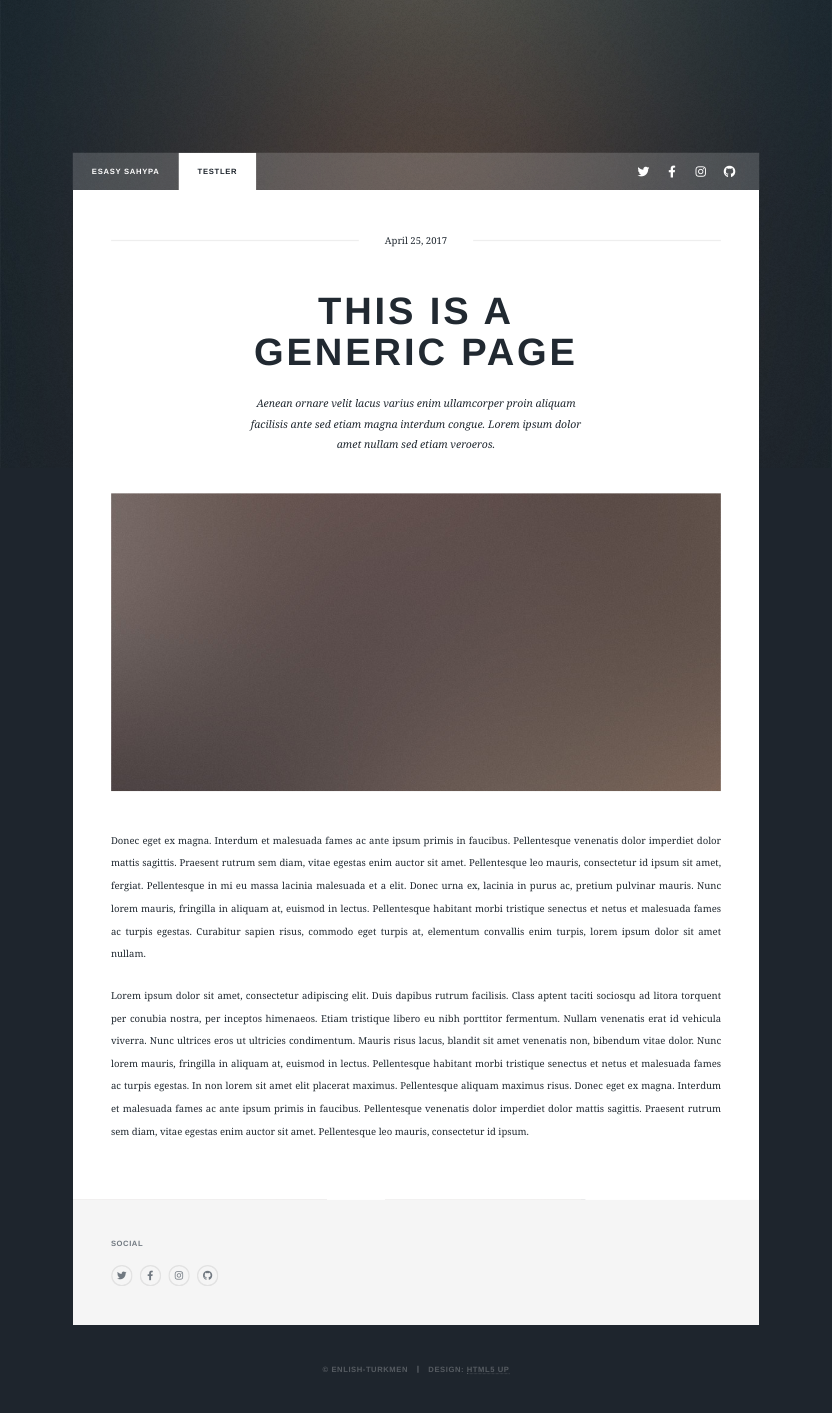
Repository: Sahet-dev/English-grammar-app
Page: generic.html
These files come from the project's save history. The page is drawn as it stood at one moment and after the next save; the edit follows.
The browser window is 1280 px wide. The pictures show the whole page, at 65% of full size.
Some web fonts or font styles are not loaded; a fallback is used.

Above is the page before, as saved 2022-06-27 05:13:41.

After the next save:
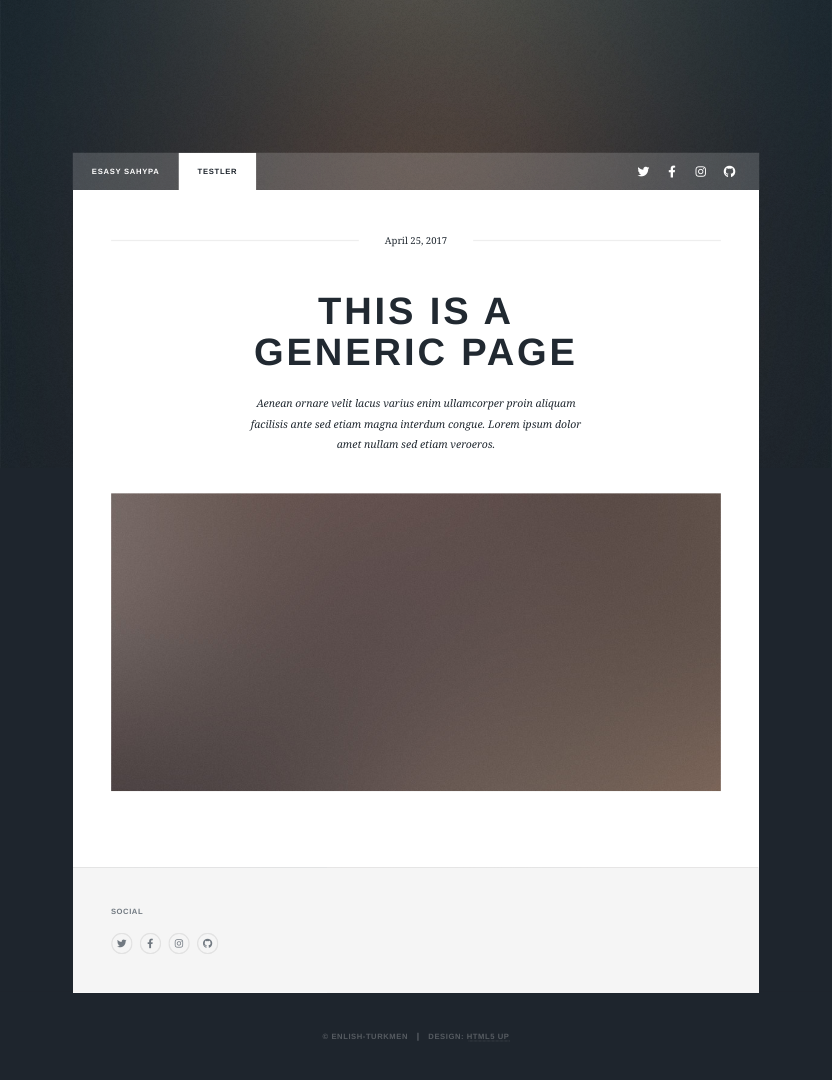
Saved 119 s later.
--- a/generic.html
+++ b/generic.html
@@ -51,8 +51,9 @@
 									amet nullam sed etiam veroeros.</p>
 								</header>
 								<div class="image main"><img src="images/pic01.jpg" alt="" /></div>
-								<p>Donec eget ex magna. Interdum et malesuada fames ac ante ipsum primis in faucibus. Pellentesque venenatis dolor imperdiet dolor mattis sagittis. Praesent rutrum sem diam, vitae egestas enim auctor sit amet. Pellentesque leo mauris, consectetur id ipsum sit amet, fergiat. Pellentesque in mi eu massa lacinia malesuada et a elit. Donec urna ex, lacinia in purus ac, pretium pulvinar mauris. Nunc lorem mauris, fringilla in aliquam at, euismod in lectus. Pellentesque habitant morbi tristique senectus et netus et malesuada fames ac turpis egestas. Curabitur sapien risus, commodo eget turpis at, elementum convallis enim turpis, lorem ipsum dolor sit amet nullam.</p>
-								<p>Lorem ipsum dolor sit amet, consectetur adipiscing elit. Duis dapibus rutrum facilisis. Class aptent taciti sociosqu ad litora torquent per conubia nostra, per inceptos himenaeos. Etiam tristique libero eu nibh porttitor fermentum. Nullam venenatis erat id vehicula viverra. Nunc ultrices eros ut ultricies condimentum. Mauris risus lacus, blandit sit amet venenatis non, bibendum vitae dolor. Nunc lorem mauris, fringilla in aliquam at, euismod in lectus. Pellentesque habitant morbi tristique senectus et netus et malesuada fames ac turpis egestas. In non lorem sit amet elit placerat maximus. Pellentesque aliquam maximus risus. Donec eget ex magna. Interdum et malesuada fames ac ante ipsum primis in faucibus. Pellentesque venenatis dolor imperdiet dolor mattis sagittis. Praesent rutrum sem diam, vitae egestas enim auctor sit amet. Pellentesque leo mauris, consectetur id ipsum.</p>
+								<p>
+
+								</p>
 							</section>
 
 					</div>
